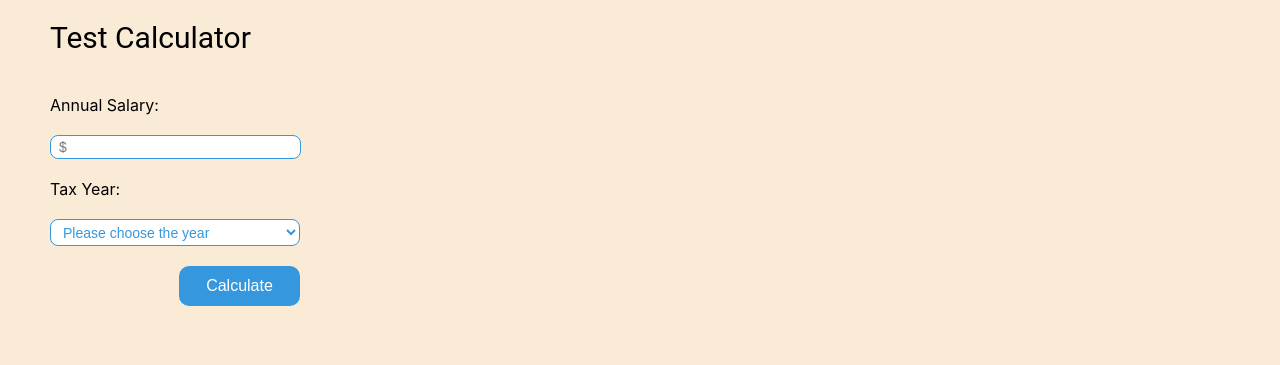
Repository: jbpadilha/taxcalculator
Page: /
An editor plug-in stored every save of this project. The page is shown before and after the next save, followed by the edit.
The browser window is 1280 px wide. The pictures show the whole page.
The project was rebuilt for these pictures with package versions that can differ from the ones it lists, and the page was loaded fresh each time.

Above is the page before, as saved 2023-06-18 20:21:35.

### src/index.tsx
import React from 'react';
import ReactDOM from 'react-dom/client';
import './index.css';
import App from './App';
import reportWebVitals from './reportWebVitals';

<link
    href="https://fonts.googleapis.com/css2?family=Roboto:ital,wght@0,300;0,400;0,500;0,700;1,400&display=swap"
    rel="stylesheet"
/>;

const root = ReactDOM.createRoot(
  document.getElementById('root') as HTMLElement
);
root.render(
  <React.StrictMode>
    <App />
  </React.StrictMode>
);

// If you want to start measuring performance in your app, pass a function
// to log results (for example: reportWebVitals(console.log))
// or send to an analytics endpoint. Learn more: https://bit.ly/CRA-vitals
reportWebVitals();

### src/index.css
body {
  background-color: #FAEBD7;
  margin: 0;
  font-family: -apple-system, BlinkMacSystemFont, 'Segoe UI', 'Roboto', 'Oxygen',
    'Ubuntu', 'Cantarell', 'Fira Sans', 'Droid Sans', 'Helvetica Neue',
    sans-serif;
  -webkit-font-smoothing: antialiased;
  -moz-osx-font-smoothing: grayscale;
}

code {
  font-family: source-code-pro, Menlo, Monaco, Consolas, 'Courier New',
    monospace;
}

### src/App.tsx
import React from 'react';
import RoutesComponent from './components/RouteComponent';

const App = () => {
  return (
    <div>
      <header>
      </header>
      <main>
        <RoutesComponent />
      </main>
      <footer>
        <div></div>
      </footer>
    </div>
  );
}

export default App;

### src/components/RouteComponent.tsx
import React from 'react';
import { BrowserRouter as Router, Route, Routes } from 'react-router-dom';

const Main = React.lazy(() => import('./Main'));
const ResultTax = React.lazy(() => import('./ResultTax'));

const RoutesComponent = () => {
    return (
        <Router>
            <Routes>
                <Route path={"/"} element={<Main />} />
                <Route path={"/results"} element={<ResultTax />} />
                <Route path="*" element={<Main />} />
            </Routes>
        </Router>
    );
}

export default RoutesComponent;

### src/components/Main.tsx
import React, { useState } from 'react';
import { years } from '../config/constants';
import { NumericFormat } from 'react-number-format';
import { faSpinner } from '@fortawesome/free-solid-svg-icons';
import { formatIncome } from '../helpers/formatIncome';
import { taxCalculator } from '../helpers/taxCalculator';
import { TaxOwed } from '../models/TaxOwed';
import { FontAwesomeIcon } from '@fortawesome/react-fontawesome';

const styles = {
    content: {
        marginTop: 20,
        minHeight: 200,
        paddingLeft: 50,
        width: 250
    },
    marginTop: {
        marginTop: 20,
    },
    title: {
        marginTop: 20,
        paddingBottom: 20,
        fontFamily: 'Roboto',
        fontSize: 30,
        color: '#000000',
        textDecoration: 'none solid rgb(0, 0, 0)',
    },
    description: {

    },
    contentButton: {
        marginTop: 20,
        display: 'flex',
        justifyContent: 'flex-end'
    },
    titleInput: {
        paddingTop: 10,
        width: 111,
        height: 18,
        fontSize: 16,
        color: '#000000',
        textSecoration: 'none solid rgb(0, 0, 0)',
    },
    input: {
        padding: '0px 8px',
        border: '1px solid #3598de',
        borderRadius: 8,
        backgroundColor: '#ffffff',
        backgroundSize: 'cover',
        fontSize: 14,
        color: '#3598de',
        textDecoration: 'none solid rgb(53, 152, 222)'
    },
    textInput: {
        width: 233,
        height: 22,
    },
    selectInput: {
        width: '100%',
        height: 27,
    },
    button: {
        width: 121,
        height: 40,
        border: 0,
        borderRadius: 10,
        backgroundColor: '#3598de',
        backgroundSize: 'cover',
        fontSize: 16,
        color: '#ffffff',
        textDecoration: 'none solid rgb(255, 255, 255)',
        cursor: 'pointer',
        ':hover': {
            backgroundColor: '#38748C',
        },
    },
    errorContent: {
        paddingLeft: 50,
    },
    error: {
        fontSize: 16,
        color: 'darkred',
        fontWeight: 'bold'
    }
};

const Main = () => {

    const [income, setIncome] = useState<number | ''>();
    const [year, setYear] = useState('');
    const [error, setError] = useState();
    const [isLoading, setIsLoading] = useState(false);

    const handleIncome = (event: React.ChangeEvent<HTMLInputElement>) => {
        const inputValue = event.target.value;
        const parsedNumber = Number(inputValue.replace(/[^0-9\\.-]+/g,""));
        setIncome(parsedNumber.valueOf());
    };

    const handleYear = (event: React.ChangeEvent<HTMLSelectElement>) => {
        const selectedYear = event.target.value;
        setYear(selectedYear);
    }

    const calculate = async () => {
        try {
            setIsLoading(true)
            const taxOwned: TaxOwed[] = await taxCalculator(Number(income), Number(year));
            console.log('taxOwned:', taxOwned);
            setError(undefined);
        }catch(error: any) {
            setError(error);
        }
        setIsLoading(false);
    };


    return (
        <div>
            <div style={styles.content}>
                <div style={styles.title}>Test Calculator</div>
                <div style={styles.marginTop}>
                    <div style={styles.marginTop}>
                        <div>
                            <label htmlFor='income' style={styles.titleInput}>Annual Salary:</label>
                        </div>
                        <div style={styles.marginTop}>
                            <NumericFormat
                                style={{...styles.input, ...styles.textInput}}
                                thousandSeparator=","
                                decimalSeparator="."
                                prefix="$"
                                value={formatIncome(income)}
                                onChange={handleIncome}
                                id='income'
                                placeholder='$'
                                defaultValue={formatIncome(income)}
                            />
                        </div>
                    </div>
                    <div style={styles.marginTop}>
                        <div>
                            <label htmlFor='taxYear' style={styles.titleInput}>Tax Year:</label>
                        </div>
                        <div style={styles.marginTop}>
                        <select onChange={handleYear} style={{...styles.input, ...styles.selectInput}} id="taxYear" name="taxYear">
                            <option>Please choose the year</option>
                            {Array.from(years.entries()).map((entry) => {
                                const [key, value ] = entry;
                                return (<option key={key} >
                                    {value}
                                </option>);
                            })}
                        </select>
                        </div>
                    </div>
                    <div style={styles.contentButton}>
                        <button style={styles.button} onClick={calculate} disabled={isLoading}>
                            {isLoading ? (
                                <FontAwesomeIcon icon={faSpinner} spin />
                            ) : (
                                'Calculate'
                            )}
                        </button>
                    </div>
                </div>
            </div>
            {error && (
                <div style={{...styles.marginTop, ...styles.errorContent}}>
                    <span style={styles.error}>{error}</span>
                </div>
            )}
        </div>
    );
}

export default Main;

### src/config/constants.ts
export const years = new Map<string, string>();
years.set('2019', '2019');
years.set('2020', '2020');
years.set('2021', '2021');
years.set('2022', '2022');

### src/helpers/formatIncome.ts
export const formatIncome = (value: number | '' | undefined) => {
    if (value === '' || value === undefined) {
        return '';
    }
    const locale = navigator.language;
    const formattedValue = new Intl.NumberFormat(locale, { style: "currency", currency: "CAD" }).format(value);
    return formattedValue;
};

### src/helpers/taxCalculator.ts
import { TaxBrackets } from '../models/TaxBrackets';
import { TaxOwed } from '../models/TaxOwed';
import { fetchTaxRates } from '../server/GenericServer';

const fetchTaxAsync = async(year: number): Promise<TaxBrackets[]> => {
    try {
        const response = await fetchTaxRates(year);
        const taxBrackets: TaxBrackets[] = response.data.tax_brackets;
        return taxBrackets;
    } catch(error: any) {
        throw error; // Throw the error to be caught by the caller
    }
};

export const taxCalculator = async (income: number, year: number): Promise<TaxOwed[]>  => {
    try {
        // Fetch tax brackets
        const taxBrackets: TaxBrackets[] = await fetchTaxAsync(year);
        let remainingIncome = income;

        // Tax Calculation
        const taxOwed: TaxOwed[] = taxBrackets.map((taxBracket: TaxBrackets) => {
            const { min, max, rate } = taxBracket;
            const taxableIncome = Math.min(max - min + 1, remainingIncome);
            const taxAmount = taxableIncome * rate;
            remainingIncome -= taxableIncome;
            const newTax: TaxOwed = {
                salary: taxBracket.min,
                total: isNaN(taxAmount) ? 0 : taxAmount,
            };
            return newTax;
        });

        return taxOwed;
      } catch (error: any) {
        throw error; // Throw the error to be caught by the caller
      }
}

### src/server/GenericServer.ts
import ActionBase from './ControllerBase';


const actionBase = ActionBase.getInstance();

export const fetchTaxRates = async (year: number): Promise<any> => {
    const result = await actionBase.get(`/tax-year/${year}`);
    if (result) {
        return result;
    }
    return null;
};

### src/server/ControllerBase.ts
import { AxiosRequestConfig, AxiosResponse } from 'axios';
import ApiClient from './ApiClient';
import config from '../config/config';

export default class ActionBase extends ApiClient {
    private static actionBaseInstance?: ActionBase;

    private constructor() {
        super(config.API_URL);
    }

    public static getInstance() {
        if (!this.actionBaseInstance) {
            this.actionBaseInstance = new ActionBase();
        }

        return this.actionBaseInstance;
    }

    get<T = any, R = AxiosResponse<T>>(url: string, configProxy?: AxiosRequestConfig): Promise<R> {
        return this.instance.get<T, R>(`${this.instance.defaults.baseURL}${url}`, configProxy);
    }

    post<T = any, R = AxiosResponse<T>>(url: string, data?: T, configProxy?: AxiosRequestConfig): Promise<R> {
        return this.instance.post<T, R>(`${this.instance.defaults.baseURL}${url}`, data, configProxy);
    }

    put<T = any, R = AxiosResponse<T>>(url: string, data?: T, configProxy?: AxiosRequestConfig): Promise<R> {
        return this.instance.put<T, R>(`${this.instance.defaults.baseURL}${url}`, data, configProxy);
    }

    patch<T = any, R = AxiosResponse<T>>(url: string, data?: T, configProxy?: AxiosRequestConfig): Promise<R> {
        return this.instance.patch<T, R>(`${this.instance.defaults.baseURL}${url}`, data, configProxy);
    }

    delete<T = any, R = AxiosResponse<T>>(url: string, configProxy?: AxiosRequestConfig): Promise<R> {
        return this.instance.delete<T, R>(`${this.instance.defaults.baseURL}${url}`, configProxy);
    }
}

### src/server/ApiClient.ts
import axios, { AxiosError, AxiosInstance, AxiosResponse } from 'axios';

export default abstract class ApiClient {
    protected readonly instance: AxiosInstance;

    public constructor(baseURL: string) {
        this.instance = axios.create({
            baseURL,
        });
        this.initializeResponseInterceptor();
    }

    private handleResponse = (response: AxiosResponse) => response;

    private handleError = (error: AxiosError) => {
        const message = `code: ${error.code} - Message: ${error.message}`;;
        return Promise.reject(message);
    };

    private initializeResponseInterceptor = () => {
        this.instance.interceptors.response.use(this.handleResponse, this.handleError);
        this.instance.interceptors.request.use(
            async (config: any) => {

                return config;
            },
            (error: any) => {
                Promise.reject(error);
            }
        );
    };
}

### src/config/config.ts
interface configType {
    API_URL: string;
    BASE_URL: string;
}

const API_URL = window?._env_?.REACT_APP_API_URL ? `${window?._env_?.REACT_APP_API_URL}/api` : 'http://localhost:5001/tax-calculator';

const config: configType = {
    API_URL: API_URL,
    BASE_URL: window?.location.origin || 'http://localhost:3000/',
};

declare global {
    interface Window { _env_: any }
}

export default config;

Loaded but not shown: public/index.html (common file); src/reportWebVitals.ts (common file)

After the next save:
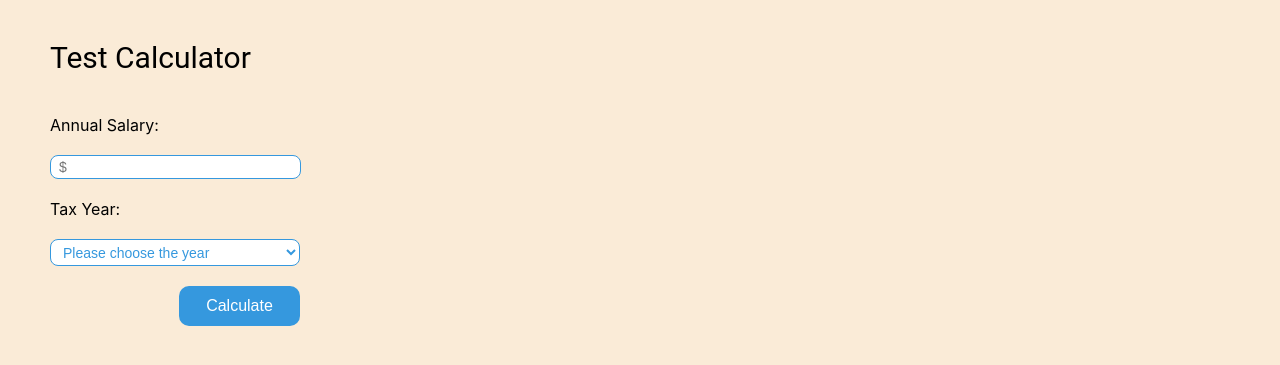
Saved 3 min 12 s later.
--- a/src/components/Main.tsx
+++ b/src/components/Main.tsx
@@ -8,11 +8,17 @@ import { TaxOwed } from '../models/TaxOwed';
 import { FontAwesomeIcon } from '@fortawesome/react-fontawesome';
 
 const styles = {
+    container: {
+        display: 'flex',
+    },
     content: {
         marginTop: 20,
         minHeight: 200,
         paddingLeft: 50,
         width: 250
+    },
+    contentResult: {
+        flex: 1,
     },
     marginTop: {
         marginTop: 20,
@@ -23,7 +29,7 @@ const styles = {
         fontFamily: 'Roboto',
         fontSize: 30,
         color: '#000000',
-        textDecoration: 'none solid rgb(0, 0, 0)',
+        textDecoration: 'none solid rgb(0, 0, 0)'
     },
     description: {
 
@@ -39,7 +45,7 @@ const styles = {
         height: 18,
         fontSize: 16,
         color: '#000000',
-        textSecoration: 'none solid rgb(0, 0, 0)',
+        textSecoration: 'none solid rgb(0, 0, 0)'
     },
     input: {
         padding: '0px 8px',
@@ -72,7 +78,7 @@ const styles = {
         cursor: 'pointer',
         ':hover': {
             backgroundColor: '#38748C',
-        },
+        }
     },
     errorContent: {
         paddingLeft: 50,
@@ -117,53 +123,56 @@ const Main = () => {
 
     return (
         <div>
-            <div style={styles.content}>
-                <div style={styles.title}>Test Calculator</div>
-                <div style={styles.marginTop}>
+            <div style={styles.container}>
+                <div style={styles.content}>
+                    <div style={styles.title}>Test Calculator</div>
                     <div style={styles.marginTop}>
-                        <div>
-                            <label htmlFor='income' style={styles.titleInput}>Annual Salary:</label>
+                        <div style={styles.marginTop}>
+                            <div>
+                                <label htmlFor='income' style={styles.titleInput}>Annual Salary:</label>
+                            </div>
+                            <div style={styles.marginTop}>
+                                <NumericFormat
+                                    style={{...styles.input, ...styles.textInput}}
+                                    thousandSeparator=","
+                                    decimalSeparator="."
+                                    prefix="$"
+                                    value={formatIncome(income)}
+                                    onChange={handleIncome}
+                                    id='income'
+                                    placeholder='$'
+                                    defaultValue={formatIncome(income)}
+                                />
+                            </div>
                         </div>
                         <div style={styles.marginTop}>
-                            <NumericFormat
-                                style={{...styles.input, ...styles.textInput}}
-                                thousandSeparator=","
-                                decimalSeparator="."
-                                prefix="$"
-                                value={formatIncome(income)}
-                                onChange={handleIncome}
-                                id='income'
-                                placeholder='$'
-                                defaultValue={formatIncome(income)}
-                            />
+                            <div>
+                                <label htmlFor='taxYear' style={styles.titleInput}>Tax Year:</label>
+                            </div>
+                            <div style={styles.marginTop}>
+                            <select onChange={handleYear} style={{...styles.input, ...styles.selectInput}} id="taxYear" name="taxYear">
+                                <option>Please choose the year</option>
+                                {Array.from(years.entries()).map((entry) => {
+                                    const [key, value ] = entry;
+                                    return (<option key={key} >
+                                        {value}
+                                    </option>);
+                                })}
+                            </select>
+                            </div>
+                        </div>
+                        <div style={styles.contentButton}>
+                            <button style={styles.button} onClick={calculate} disabled={isLoading}>
+                                {isLoading ? (
+                                    <FontAwesomeIcon icon={faSpinner} spin />
+                                ) : (
+                                    'Calculate'
+                                )}
+                            </button>
                         </div>
                     </div>
-                    <div style={styles.marginTop}>
-                        <div>
-                            <label htmlFor='taxYear' style={styles.titleInput}>Tax Year:</label>
-                        </div>
-                        <div style={styles.marginTop}>
-                        <select onChange={handleYear} style={{...styles.input, ...styles.selectInput}} id="taxYear" name="taxYear">
-                            <option>Please choose the year</option>
-                            {Array.from(years.entries()).map((entry) => {
-                                const [key, value ] = entry;
-                                return (<option key={key} >
-                                    {value}
-                                </option>);
-                            })}
-                        </select>
-                        </div>
-                    </div>
-                    <div style={styles.contentButton}>
-                        <button style={styles.button} onClick={calculate} disabled={isLoading}>
-                            {isLoading ? (
-                                <FontAwesomeIcon icon={faSpinner} spin />
-                            ) : (
-                                'Calculate'
-                            )}
-                        </button>
-                    </div>
                 </div>
+                <div style={styles.contentResult}></div>
             </div>
             {error && (
                 <div style={{...styles.marginTop, ...styles.errorContent}}>
